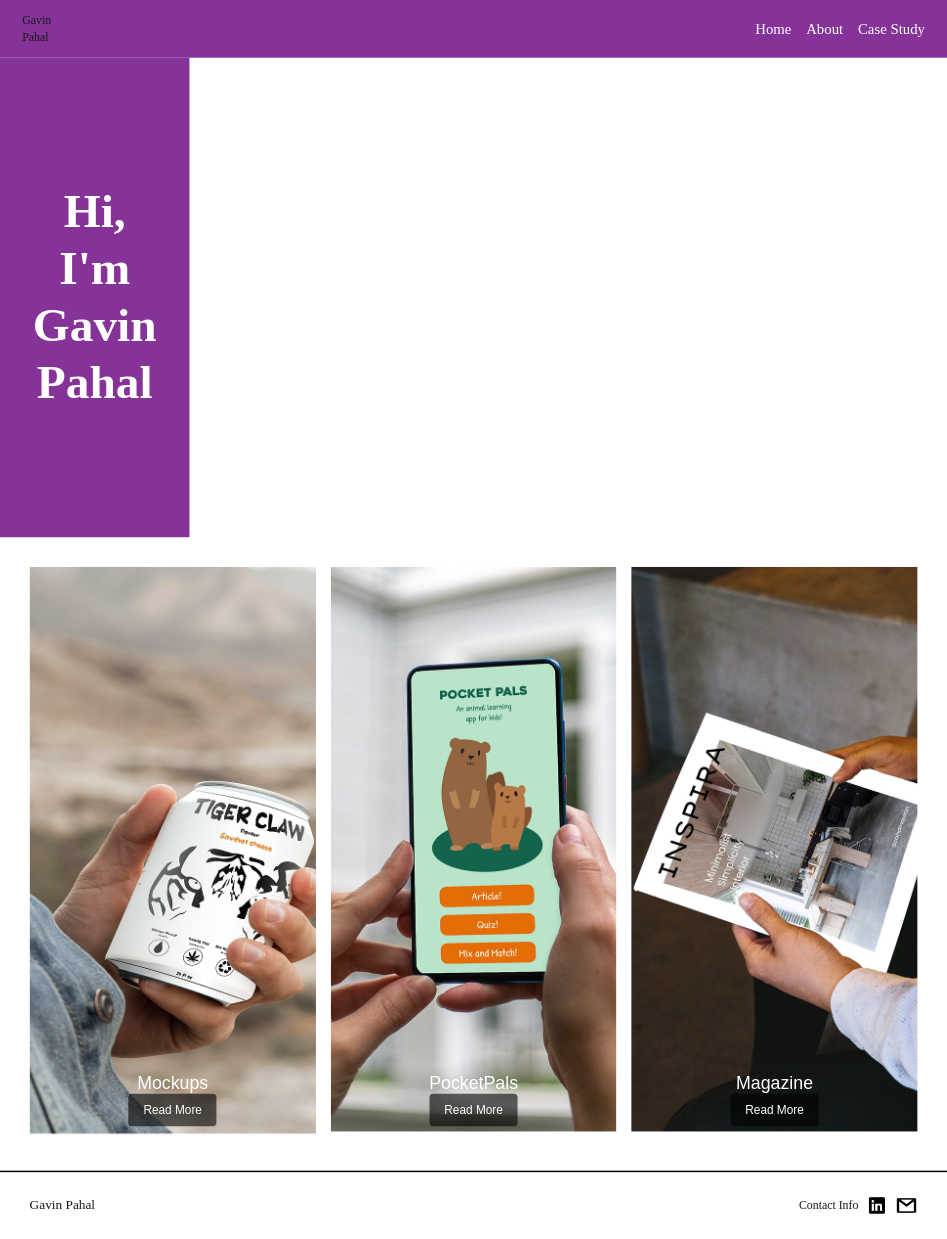
Repository: GavinPahal/portfolios
Page: /Home
An editor plug-in stored every save of this project. The page is shown before and after the next save, followed by the edit.
The browser window is 1280 px wide. The pictures show the whole page, at 74% of full size.
The project was rebuilt for these pictures with package versions that can differ from the ones it lists, and the page was loaded fresh each time. The framework's server and built-in components were replaced by stand-ins that run in the browser. Also part of the build but not shown: next.config.mjs, components/BackToTop/BackToTop.module.css.

Above is the page before, as saved 2025-02-06 14:00:42.

After the next save:
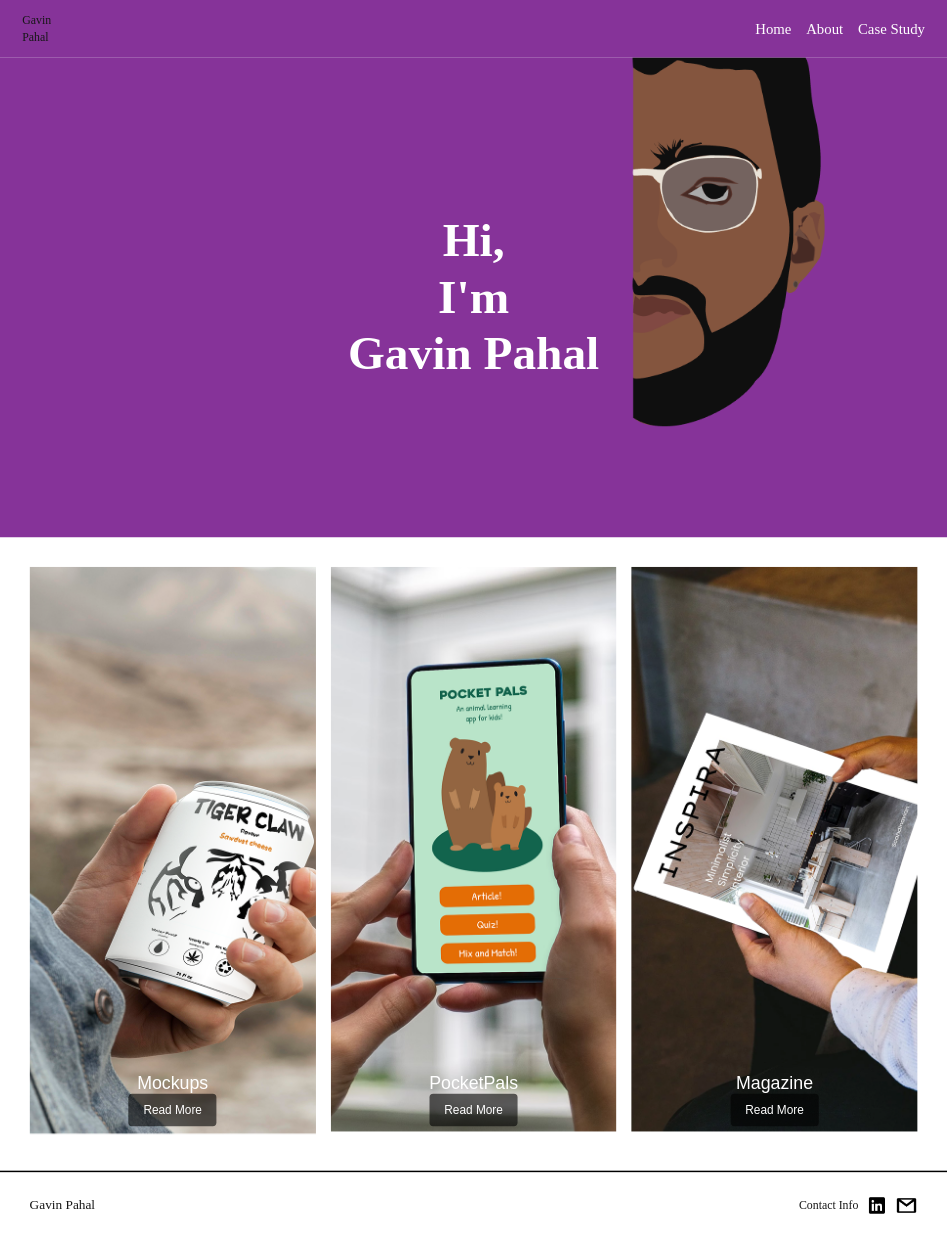
Saved 15 s later.
--- a/components/HeroSection/HeroSection.module.css
+++ b/components/HeroSection/HeroSection.module.css
@@ -1,6 +1,6 @@
 .hero {
     position: relative;
-    width:20%;
+    width: 100%;
     height: 90vh;
     display: flex;
     align-items: center;
